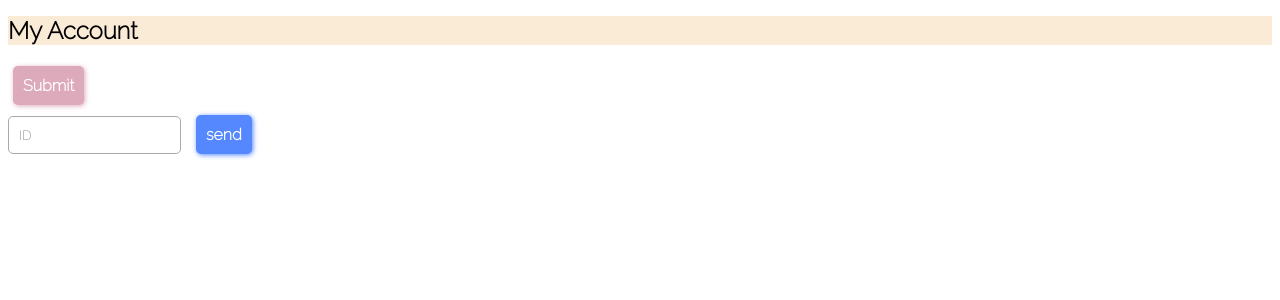
Repository: semileeBCIT/MDIA2109Tut4
Page: /Account
The author's editor kept a copy of each file at every save. The page is drawn from the files as they stood at one save, then again after the next save.
The browser window is 1280 px wide. The pictures show the whole page.
The project was rebuilt for these pictures with package versions that can differ from the ones it lists, and the page was loaded fresh each time. The framework's server and built-in components were replaced by stand-ins that run in the browser. Also part of the build but not shown: next.config.js.

Above is the page before, as saved 2020-04-15 22:24:08.

After the next save:
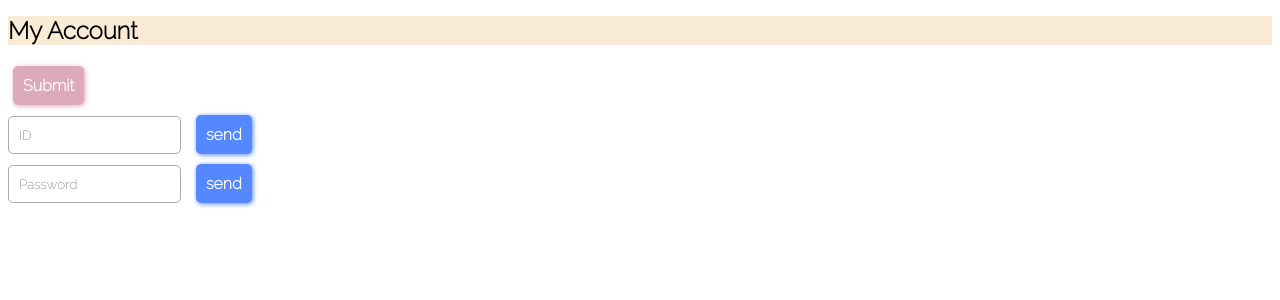
Saved 93 s later.
--- a/pages/Account/index.js
+++ b/pages/Account/index.js
@@ -16,6 +16,7 @@
     <Header text="My Account" fontSize={24}/>
     <CustomButton text='Submit' />
     <Input placeholder="ID" />
+    <Input placeholder="Password" />
 </div>
 }
 

After the save that followed:
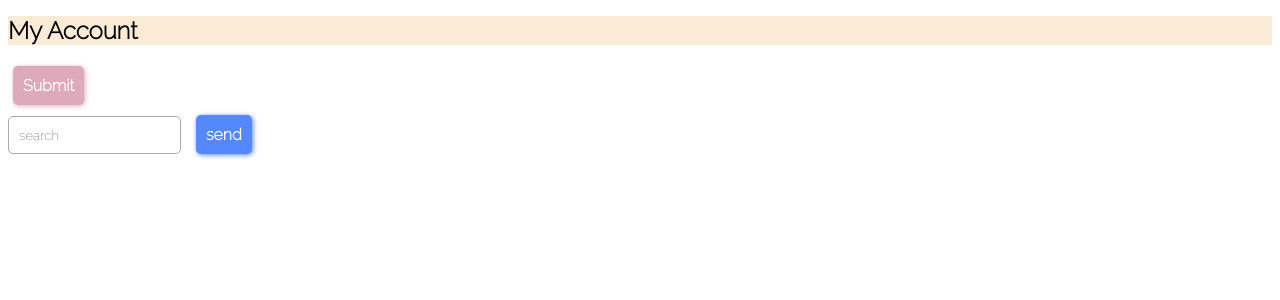
Saved 103 s later.
--- a/pages/Account/index.js
+++ b/pages/Account/index.js
@@ -15,8 +15,7 @@
     return <div id="account">
     <Header text="My Account" fontSize={24}/>
     <CustomButton text='Submit' />
-    <Input placeholder="ID" />
-    <Input placeholder="Password" />
+    <Input placeholder="search" text='Submit'/>
 </div>
 }
 
